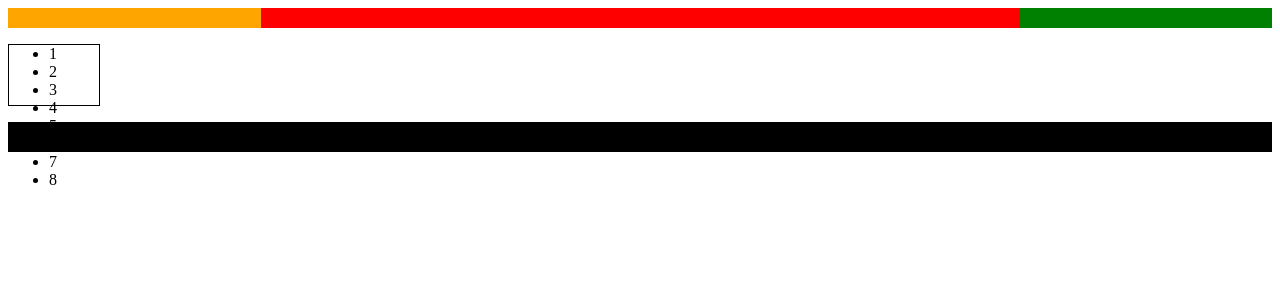
Repository: fixbb/workspace
Page: 015元素的浮动布局/index2.html
These files come from the project's save history. The page is drawn as it stood at one moment and after the next save; the edit follows.
The browser window is 1280 px wide. The pictures show the whole page.

Above is the page before, as saved 2021-08-30 15:53:56.

### 015元素的浮动布局/index2.html
<!DOCTYPE html>
<html lang="en">

<head>
    <meta charset="UTF-8">
    <meta http-equiv="X-UA-Compatible" content="IE=edge">
    <meta name="viewport" content="width=device-width, initial-scale=1.0">
    <title>Document</title>
    <style>
        .a {
            width: 20%;
            background: orange;
        }

        .b {
            width: 60%;
            background: red;
        }

        .c {
            width: 20%;
            background: green;
        }

        .a,
        .b,
        .c {
            float: left;
            height: 20px;
        }

        .h {
            height: 30px;
            background: black;
        }
        .hh {
            height: 20px;
            background: white;
        }
        ul {
            width: 50px;height: 60px;
            border-width: 1px;
            border-style: solid;
            border-color: black;
        }
    </style>
</head>

<body>
    <!-- 编写完一个横排的三个元素，占满一个横排后，
        若是继续编写接下来的元素，会出现一个问题：由于这三个元素是浮动的，
        后来的元素就会被这三个元素遮挡。 -->
    <!-- 解决方法：为三个浮动的元素套上一个不浮动的父级元素，就可以避免横排的浮动元素，会遮盖后来的元素，
        但父元素一定要设置高度，因为父元素里的子元素对于父元素依旧是浮动的，所以子元素无法自动撑开父元素。
        当然，也可以为父元素增加一个样式overflow:auto，overflow表示溢出的意思,对超出边界的元素，父元素可以做自动的调整。
        第二种方法就是为包含浮动子元素的父元素后面的元素增加样式clear: left/right/both，
        意思是：我们不希望当前元素受到前面元素的(左/右/左右两者)浮动影响
    -->
    <div class="hh">
        <div class="a"></div>
        <div class="b"></div>
        <div class="c"></div>
    </div>

    <ul>
        <li>1</li>
        <li>2</li>
        <li>3</li>
        <li>4</li>
        <li>5</li>
        <li>6</li>
        <li>7</li>
        <li>8</li>
    </ul>

    <div class="h"></div>
</body>

</html>

After the next save:
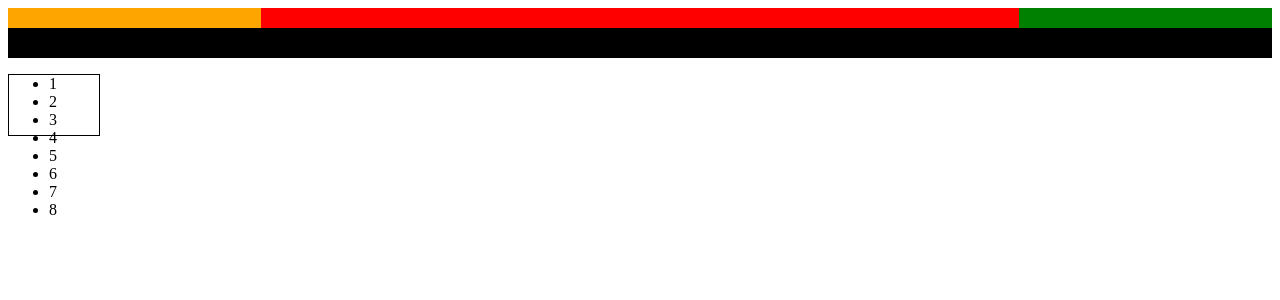
Saved 17 s later.
--- a/015元素的浮动布局/index2.html
+++ b/015元素的浮动布局/index2.html
@@ -33,12 +33,15 @@
             height: 30px;
             background: black;
         }
+
         .hh {
             height: 20px;
             background: white;
         }
+
         ul {
-            width: 50px;height: 60px;
+            width: 50px;
+            height: 60px;
             border-width: 1px;
             border-style: solid;
             border-color: black;
@@ -61,7 +64,7 @@
         <div class="b"></div>
         <div class="c"></div>
     </div>
-
+    <div class="h"></div>
     <ul>
         <li>1</li>
         <li>2</li>
@@ -73,7 +76,7 @@
         <li>8</li>
     </ul>
 
-    <div class="h"></div>
+
 </body>
 
 </html>
